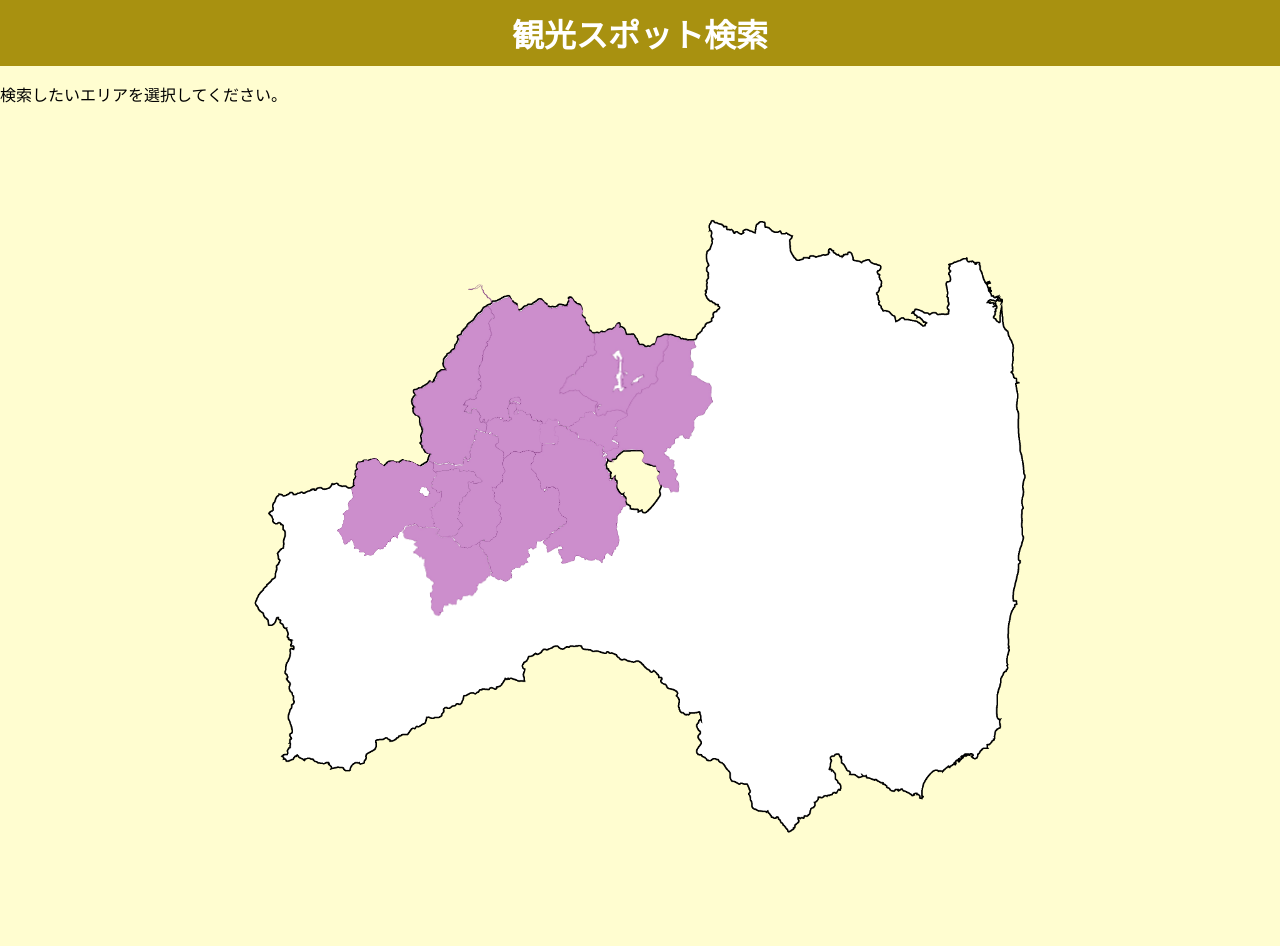
Repository: ryoutana/tanaryou.github.io
Page: Downloads/project/index.html
These files come from the project's save history. The page is drawn as it stood at one moment and after the next save; the edit follows.
The browser window is 1280 px wide. The pictures show the whole page.

Above is the page before, as saved 2025-04-29 14:32:50.

### Downloads/project/index.html
<!DOCTYPE html>
<html lang="ja">
<head>
    <meta charset="UTF-8">
    <meta name="viewport" content="width=device-width, initial-scale=1.0">
    <title>観光スポット検索</title>
    <link rel="stylesheet" href="styles.css">
</head>
<body>
    <header>
        <h1 id="pageTitle">観光スポット検索</h1>
    </header>
    <main>
        <section id="intro">
            <p id="introText">検索したいエリアを選択してください。</p>
            <div id="mapContainer">
                <img id="introImage" src="福島県白地図.png" alt="福島県の地図">
                <div id="spotContainer"></div>
            </div>
        </section>
    </main>
    <script src="script.js"></script>
</body>
</html>

### Downloads/project/styles.css
/* styles.css */

/* 全体のリセット */
body, html {
    margin: 0;
    padding: 0;
    box-sizing: border-box;
    background-color: #fffdd0; /* 背景色をクリーム色に設定 */
    font-family: Arial, sans-serif;
}

/* ヘッダーのスタイル */
header {
    text-align: center;
    background-color: #a89110; /* ゴールド系の背景色 */
    padding: 10px 0;
}

#pageTitle {
    font-size: 2em;
    margin: 0;
    color: #fff; /* 白文字 */
}

/* 地図全体のコンテナ */
#mapContainer {
    position: relative;
    width: 80%; /* 地図の幅を画面幅に応じて調整 */
    max-width: 800px;
    margin: 20px auto;
    overflow: hidden;
    text-align: center;
}

#introImage {
    width: 100%; /* 地図画像を親要素にフィットさせる */
    height: auto;
    display: block;
    margin: 0 auto;
    z-index: 1;
}

/* スポット画像のコンテナ */
#spotContainer {
    position: absolute;
    top: 0;
    left: 0;
    width: 100%;
    height: 100%;
    z-index: 2;
}

/* スポット画像のスタイル */
.spot-image {
    position: absolute;
    transform: translate(-50%, -50%); /* 中心基準で配置 */
    cursor: pointer;
    transition: filter 0.3s ease;
    filter: brightness(0.8) saturate(0); /* デフォルトで薄い灰色 */
}

.spot-image:hover {
    filter: brightness(1.2) hue-rotate(90deg); /* カーソルが乗ると黄緑 */
}

.spot-image.active {
    filter: brightness(1) hue-rotate(120deg) saturate(2); /* クリックでしっかり緑 */
}

### Downloads/project/script.js
// スポットデータ（座標は地図画像内の相対的なピクセル位置）
const spots = [
    { name: '会津坂下町', img: '会津坂下町(白地図).png', x: 275, y: 303, width: 78 },
    { name: '会津若松市', img: '会津若松市(白地図).png', x: 337, y: 368, width: 158 },
    { name: '会津美里町', img: '会津美里町(白地図).png', x: 283, y: 390, width: 149 },
    { name: '喜多方市', img: '喜多方市(白地図).png', x: 291, y: 230, width: 170 },
    { name: '金山町', img: '金山町(白地図).png', x: 150, y: 381, width: 133 },
    { name: '三島町', img: '三島町(白地図).png', x: 216, y: 377, width: 83 },
    { name: '昭和村', img: '昭和村(白地図).png', x: 207, y: 444, width: 115 },
    { name: '西会津町', img: '西会津町(白地図).png', x: 214, y: 260, width: 180 },
    { name: '猪苗代町', img: '猪苗代町(白地図).png', x: 418, y: 288, width: 178 },
    { name: '湯川村', img: '湯川村(白地図).png', x: 309, y: 306, width: 32 },
    { name: '磐梯町', img: '磐梯町(白地図).png', x: 357, y: 304, width: 69 },
    { name: '北塩原村', img: '北塩原村(白地図).png', x: 374, y: 244, width: 123 },
    { name: '柳津町', img: '柳津町(白地図).png', x: 229, y: 363, width: 134 }
];

// スポットを動的に生成
function generateSpots() {
    const spotContainer = document.getElementById('spotContainer');
    const mapContainer = document.getElementById('mapContainer');

    if (!spotContainer || !mapContainer) {
        console.error('Error: 必要な要素が見つかりません。');
        return;
    }

    const mapWidth = mapContainer.offsetWidth; // 地図の幅
    const mapHeight = mapContainer.offsetHeight; // 地図の高さ

    spots.forEach(spot => {
        // スポット画像を作成
        const img = document.createElement('img');
        img.src = spot.img;
        img.alt = spot.name;
        img.style.position = 'absolute';
        img.style.width = `${(spot.width / 800) * mapWidth}px`; // 幅を地図のサイズに比例させる
        img.style.left = `${(spot.x / 800) * mapWidth}px`; // x座標を地図のサイズに比例させる
        img.style.top = `${(spot.y / 800) * mapHeight}px`; // y座標を地図のサイズに比例させる
        img.classList.add('spot-image');
        img.style.filter = 'brightness(0.8)'; // デフォルトの灰色

        // 当たり判定用の透明な要素を作成
        const hitbox = document.createElement('div');
        hitbox.style.position = 'absolute';
        hitbox.style.width = `${(spot.width * 0.5 / 800) * mapWidth}px`; // 表示されている画像の0.5倍の幅
        hitbox.style.height = `${(spot.width * 0.5 / 800) * mapHeight}px`; // 表示されている画像の0.5倍の高さ
        hitbox.style.left = `${(spot.x / 800) * mapWidth}px`; // x座標を地図のサイズに比例させる
        hitbox.style.top = `${(spot.y / 800) * mapHeight}px`; // y座標を地図のサイズに比例させる
        hitbox.style.transform = 'translate(-50%, -50%)'; // 中心基準で配置
        hitbox.style.backgroundColor = 'rgba(0, 0, 0, 0)'; // 完全に透明
        hitbox.style.cursor = 'pointer';

        // カーソルが乗ったときの色変更
        hitbox.addEventListener('mouseover', () => {
            if (!img.classList.contains('active')) {
                img.style.filter = 'brightness(1.2) hue-rotate(90deg)'; // 黄緑にする
            }
        });
        hitbox.addEventListener('mouseout', () => {
            if (!img.classList.contains('active')) {
                img.style.filter = 'brightness(0.8)'; // 元に戻す
            }
        });

        // クリックイベントを透明な要素に設定
        hitbox.addEventListener('click', () => {
            if (img.classList.contains('active')) {
                img.classList.remove('active'); // 緑から灰色に戻す
                img.style.filter = 'brightness(0.8)'; // 元の色に戻す
            } else {
                img.classList.add('active'); // 緑にする
                img.style.filter = 'brightness(1) hue-rotate(120deg)'; // 緑にする
            }
        });

        // スポット画像と透明な要素を追加
        spotContainer.appendChild(img);
        spotContainer.appendChild(hitbox);
    });
}

// 初期化処理
function init() {
    generateSpots();
    console.log('スポット画像の生成が完了しました。');
}

// ページ読み込み時に初期化
window.onload = init;

After the next save:
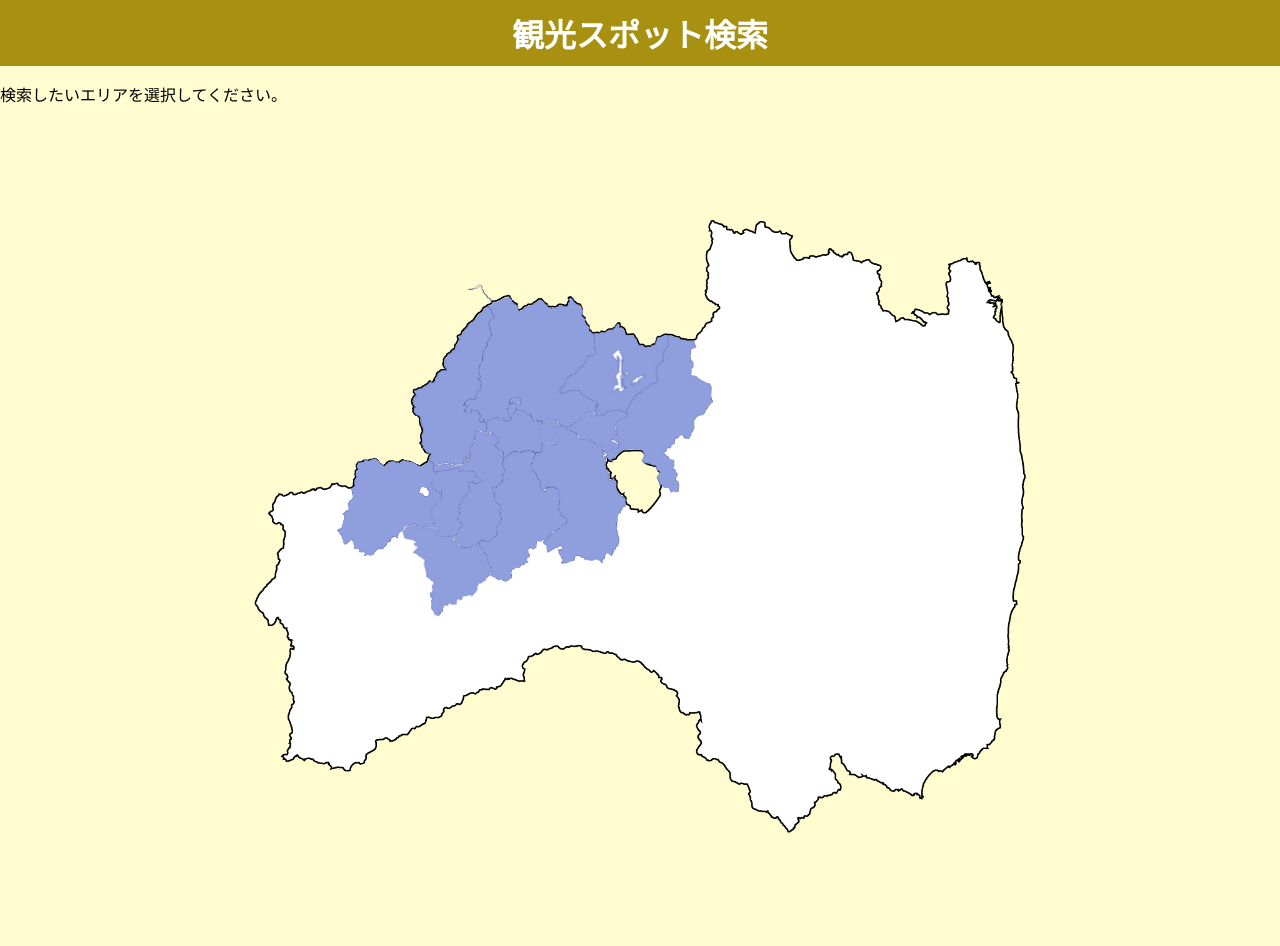
Saved 2 min 55 s later.
--- a/Downloads/project/script.js
+++ b/Downloads/project/script.js
@@ -38,7 +38,7 @@ function generateSpots() {
         img.style.left = `${(spot.x / 800) * mapWidth}px`; // x座標を地図のサイズに比例させる
         img.style.top = `${(spot.y / 800) * mapHeight}px`; // y座標を地図のサイズに比例させる
         img.classList.add('spot-image');
-        img.style.filter = 'brightness(0.8)'; // デフォルトの灰色
+        img.style.filter = 'brightness(0.8) hue-rotate(300deg)'; // デフォルトの灰色（元のピンクを考慮）
 
         // 当たり判定用の透明な要素を作成
         const hitbox = document.createElement('div');
@@ -59,7 +59,7 @@ function generateSpots() {
         });
         hitbox.addEventListener('mouseout', () => {
             if (!img.classList.contains('active')) {
-                img.style.filter = 'brightness(0.8)'; // 元に戻す
+                img.style.filter = 'brightness(0.8) hue-rotate(300deg)'; // 元の灰色に戻す
             }
         });
 
@@ -67,7 +67,7 @@ function generateSpots() {
         hitbox.addEventListener('click', () => {
             if (img.classList.contains('active')) {
                 img.classList.remove('active'); // 緑から灰色に戻す
-                img.style.filter = 'brightness(0.8)'; // 元の色に戻す
+                img.style.filter = 'brightness(0.8) hue-rotate(300deg)'; // 元の灰色に戻す
             } else {
                 img.classList.add('active'); // 緑にする
                 img.style.filter = 'brightness(1) hue-rotate(120deg)'; // 緑にする
